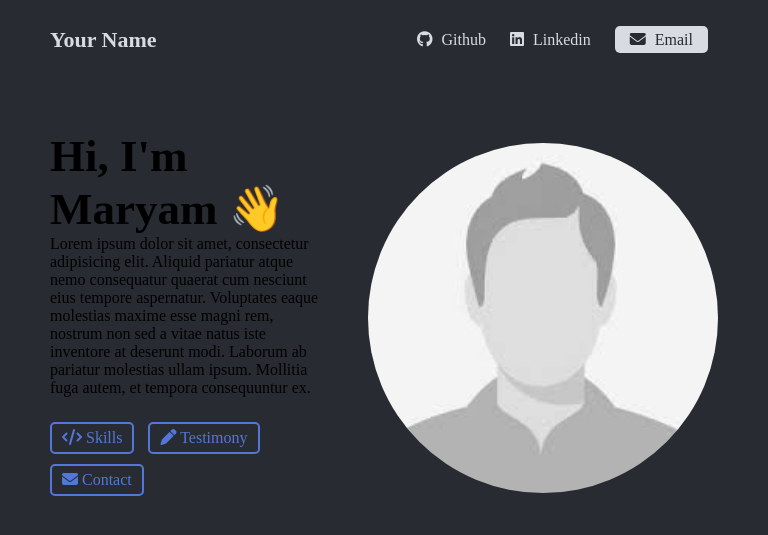
Repository: MaramMaryam/my-portfolio-test
Page: index.html
These files come from the project's save history. The page is drawn as it stood at one moment and after the next save; the edit follows.
The browser window is 768 px wide. The pictures show the whole page.
Some web libraries are served in a nearby version.

Above is the page before, as saved 2024-09-17 21:27:46.

### index.html
<!DOCTYPE html>
<html lang="en">

<head>
    <meta charset="UTF-8">
    <meta name="viewport" content="width=device-width, initial-scale=1.0">

    <link rel="preconnect" href="https://fonts.googleapis.com">
    <link rel="preconnect" href="https://fonts.gstatic.com" crossorigin>
    <link
        href="https://fonts.googleapis.com/css2?family=Poppins:ital,wght@0,100;0,200;0,300;0,400;0,500;0,600;0,700;0,800;0,900;1,100;1,200;1,300;1,400;1,500;1,600;1,700;1,800;1,900&display=swap"
        rel="stylesheet">

    <link rel="stylesheet" href="https://cdnjs.cloudflare.com/ajax/libs/font-awesome/6.6.0/css/all.min.css"
        integrity="sha512-Kc323vGBEqzTmouAECnVceyQqyqdsSiqLQISBL29aUW4U/M7pSPA/gEUZQqv1cwx4OnYxTxve5UMg5GT6L4JJg=="
        crossorigin="anonymous" referrerpolicy="no-referrer" />

    <link rel="stylesheet" href="styles.css">
    <title>My Portfolio</title>
</head>

<body>
    <!--navbar-->
    <nav>
        <div class="left">
            <a href="/"> Your Name </a>
        </div>
        <div class="right">
            <a href="http://github.com" target="_blank" rel="">
                <i class="fa-brands fa-github"></i>
                <span>Github</span>
            </a>

            <a href="http://linkedin.com" target="_blank" rel="">
                <i class="fa-brands fa-linkedin"></i>
                <span>Linkedin</span>
            </a>

            <a href="mailto:example@gmail.com">
                <i class="fa-solid fa-envelope"></i>
                <span>Email</span>
            </a>
        </div>
    </nav>
    <main>
        <!--section1-->
        <section class="hero-section">
            <div class="text">
                <h2>Hi, I'm Maryam 👋</h2>
                <p>Lorem ipsum dolor sit amet, consectetur adipisicing elit.
                    Aliquid pariatur atque nemo consequatur quaerat cum nesciunt eius tempore aspernatur.
                     Voluptates eaque molestias maxime esse magni rem, nostrum non sed a vitae natus iste inventore at deserunt modi.
                    Laborum ab pariatur molestias ullam ipsum.
                    Mollitia fuga autem, et tempora consequuntur ex.</p>

                    <div class="links">
                        <a href="#skills">
                            <i class="fa-solid fa-code"></i>
                            <span>Skills</span>
                        </a>
                        <a href="#testimony">
                            <i class="fa-solid fa-pen"></i>
                            <span>Testimony</span>
                        </a>
                        <a href="#contact">
                            <i class="fa-solid fa-envelope"></i>
                            <span>Contact</span>
                        </a>
                    </div>
            </div>
            <div class="headshot">
                <img src="images/headshot.jfif" alt="">
            </div>
        </section>
        <!--section2: skills-->
        <section id="skills"></section>
        <!--section3: testimony-->
        <section id="testimony"></section>
        <!--section4: contact-->
        <section id="contact"></section>
    </main>
</body>

</html>

### styles.css
:root {
    --text-color: #d8dce2;
    --link-color: #5377d8;
    --background-color: #282b31;
}
* {
    margin: 0;
    padding: 0;
    box-sizing: border-box;
}
html {
    scroll-behavior: smooth;
}
body {
    font-family: 'Poppins' sans-serif;
    background-color: var(--background-color);
}
a {
    color: var(--link-color);
    text-decoration: none;
}

/* NAVBAR */
nav {
    display: flex;
    justify-content: space-between;
    padding: 0 50px;
    height: 80px;
    align-items: center;
}
nav .left a {
    color: var(--text-color);
    font-size: 22px;
    font-weight: 600;
}
nav .right a {
    color: var(--text-color);
    margin: 0 10px;
}
nav .right a:last-child {
    color: var(--background-color);
    background-color: var(--text-color);
    padding: 5px 15px;
    border-radius: 5px;
}
nav .right a span {
    margin-left: 5px;
}
/* SECTION 1: HERO */
.hero-section {
    display: flex;
    justify-content: space-between;
    align-items: center;
    padding: 0 50px;
    margin: 50px 0;
    gap: 40px;
    margin-bottom: 100px;
}
.hero-section .text {
    flex: 5;
}
.hero-section .text h2 {
    font-size: 45px;
}
.hero-section .text .links {
    margin-top: 25px;
}
.hero-section .text .links a {
    display: inline-block;
    padding: 5px 10px;
    border: 2px solid var(--link-color);
    border-radius: 5px;
    margin-right: 10px;
    margin-bottom: 10px;
    transition: .1s;
}
.hero-section .text .links a:hover {
    color: var(--text-color);
    border: 2px solid var(--text-color);
}
.hero-section .headshot {
    flex: 2;
    display: flex;
    justify-content: right;
}
.hero-section .headshot  img {
    border-radius: 50%;
    width: 350px;
}

@media (max-width: 850px) {
    /* SECTION1 : HERO*/
    .hero-section .text h2 {
        font-style: 35px;
    }

}

@media (max-width:600px) {
    /* NAVBAR */
    nav{
        padding: 0 20px;
    }
    nav .right a {
        font-style: 22px;
    }
    nav .right a:last-child {
        color: var(--text-color);
        background-color: transparent;
        padding: 0;
    }
    nav .right a span{
        display: none;
    }
}

After the next save:
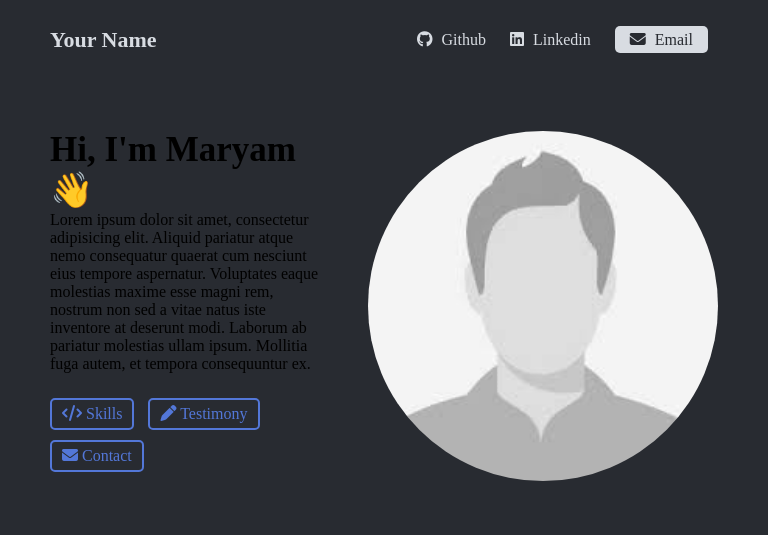
Saved 11 s later.
--- a/styles.css
+++ b/styles.css
@@ -91,7 +91,7 @@ nav .right a span {
 @media (max-width: 850px) {
     /* SECTION1 : HERO*/
     .hero-section .text h2 {
-        font-style: 35px;
+        font-size: 35px;
     }
 
 }
